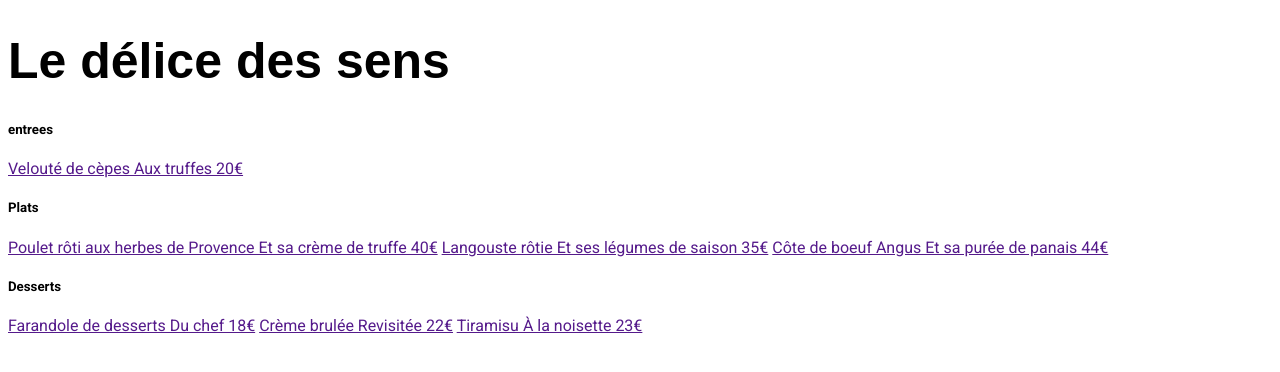
Repository: lysianebo/OHMYFOOD
Page: Le_délice_des sens.html
These files come from the project's save history. The page is drawn as it stood at one moment and after the next save; the edit follows.
The browser window is 1280 px wide. The pictures show the whole page.
Some web fonts or font styles are not loaded; a fallback is used. Some web libraries are served in a nearby version.

Above is the page before, as saved 2022-10-22 16:15:41.

### Le_délice_des sens.html
<!DOCTYPE html>
<html lang="en">
<head>
    <meta charset="UTF-8">
    <meta http-equiv="X-UA-Compatible" content="IE=edge">
    <meta name="viewport" content="width=device-width, initial-scale=1.0">
    <link rel="stylesheet" href="public/css/main.css"/>

    <title>Document</title>
</head>
<body>
    <h1>Le délice des sens</h1>

   <h5>entrees</h5>
   <a href="" class="btn grey"Tartare de thon
    Assaisonné au yuzu
    25€

    <a href="" class="btn grey" Bouchée de homard croustillant
    Et sa farandole de petits légumes
    35€</a></a>

    <a href="" class="btn grey">Velouté de cèpes
    Aux truffes
    20€</a>

    <h5>Plats</h5>
    <a href="" class="btn grey">Poulet rôti aux herbes de Provence
    Et sa crème de truffe
    40€</a></a>


    <a href="" class="btn grey">Langouste rôtie Et ses légumes de saison
    35€</a>

    <a href="" class="btn grey">Côte de boeuf Angus
    Et sa purée de panais
    44€</a>

    <h5>Desserts</h5>
    <a href="" class="btn grey">Farandole de desserts
    Du chef
    18€</a>

    <a href="" class="btn grey">Crème brulée
    Revisitée
    22€</a>

    <a href="" class="btn grey">Tiramisu
    À la noisette
    23€</a>

</body>
</html>

### public/css/main.css
@import url("https://fonts.googleapis.com/css2?family=Roboto:wght@400;500;700;900&display=swap");
@import url("https://fonts.googleapis.com/css2?family=Shrikhand&display=swap");
@import url("https://cdnjs.cloudflare.com/ajax/libs/font-awesome/6.1.2/css/all.css");
body {
  font-family: Roboto, sans-serif;
  font-size: 16px;
}

h1 {
  font-family: Shrikhand, sans-serif;
  font-size: 50px;
  font-weight: 700;
  line-height: 1.1;
}

h4 {
  font-family: Shrikhand, sans-serif;
  font-size: 30px;
}

ul {
  list-style-type: none;
  text-decoration: none;
}

span {
  font-family: Roboto, sans-serif;
  font-size: 50px;
}

/*# sourceMappingURL=main.css.map */

After the next save:
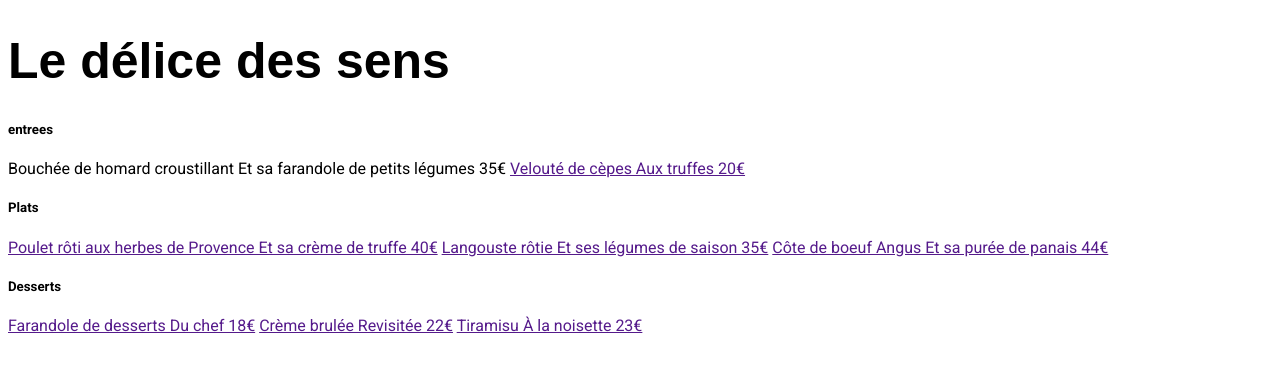
Saved 6 s later.
--- a/Le_délice_des sens.html
+++ b/Le_délice_des sens.html
@@ -16,9 +16,9 @@
     Assaisonné au yuzu
     25€
 
-    <a href="" class="btn grey" Bouchée de homard croustillant
+    <a href="" class="btn grey"></a> Bouchée de homard croustillant
     Et sa farandole de petits légumes
-    35€</a></a>
+    35€</a>
 
     <a href="" class="btn grey">Velouté de cèpes
     Aux truffes
